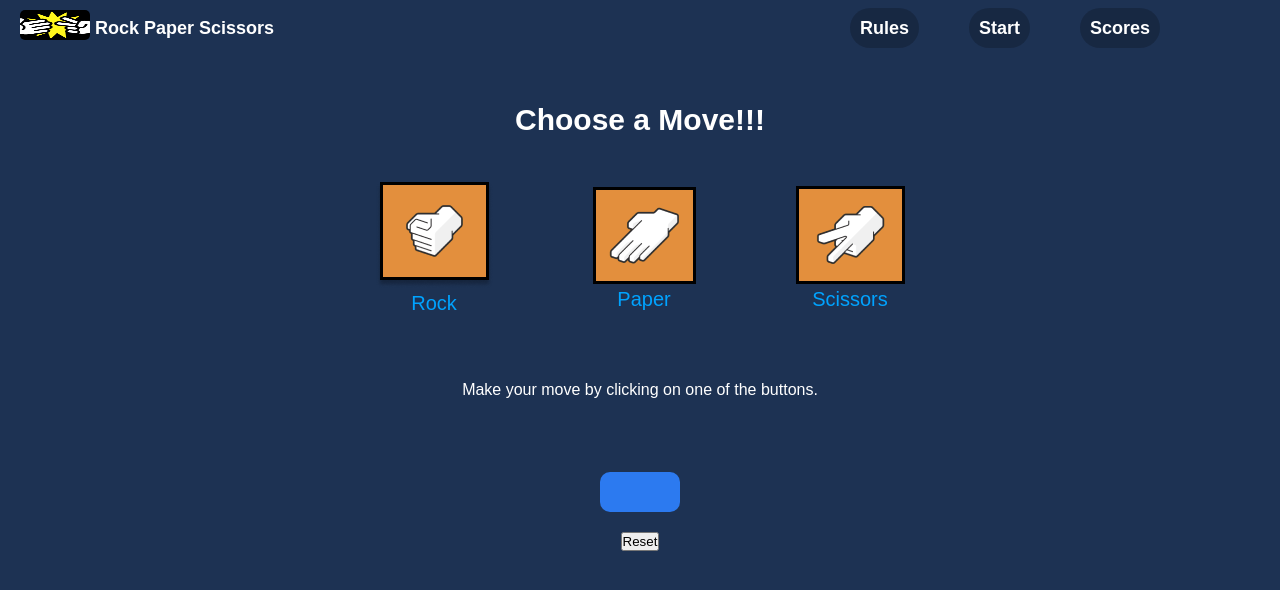
Repository: MikkyPrestige/rock-paper-scissors
Page: game.html
An editor plug-in stored every save of this project. The page is shown before and after the next save, followed by the edit.
The browser window is 1280 px wide. The pictures show the whole page.

Above is the page before, as saved 2023-05-13 03:04:42.

### game.html
<!DOCTYPE html>
<html lang="en">

<head>
  <meta charset="UTF-8">
  <meta http-equiv="X-UA-Compatible" content="IE=edge">
  <meta name="viewport" content="width=device-width, initial-scale=1.0">
  <title>Rock, Paper, Scissors</title>
  <link rel="stylesheet" href="./index.css">
  <script src="./script.js" defer></script>
</head>

<body>
  <main>
    <header>
      <figure class="headerLogo">
        <a href="/">
          <img src="./img/logo.png" alt="Logo" class="logo">
        </a>
        <figcaption class="logoCaption">Rock Paper Scissors</figcaption>
      </figure>
      <nav>
        <ul>
          <li><a href="#rule">Rules</a></li>
          <li><a href="./game.html">Start</a></li>
          <li><a href="#">Scores</a></li>
        </ul>
      </nav>
    </header>
    <section class="game">
      <h1 class="game--title">Choose a Move!!!</h1>
      <figure class="game--images">
        <div class="game--img">
          <img src="./img/rock.png" alt="Rock image" id="rock">
          <figcaption class="game--caption">Rock</figcaption>
        </div>
        <div class="game--img">
          <img src="./img/paper.png" alt="paper image" id="paper">
          <figcaption class="game--caption">Paper</figcaption>
        </div>
        <div class="game--img">
          <img src="./img/scissors.png" alt="scissors image" id="scissors">
          <figcaption class="game--caption">Scissors</figcaption>
        </div>
      </figure>
      <div id="result"></div>
      <div id="winner"></div>
      <div class="game--results">
        <p>Make your move by clicking on one of the buttons.</p>
      </div>
      <button class="rule--btn">
        <button>Reset</button>
      </button>
    </section>
  </main>
</body>

</html>

### index.css
*,
*::after,
*::before {
  box-sizing: border-box;
  margin: 0;
  padding: 0;
}

html {
  font-size: 62.5%;
}

body {
  font-family: "Fira Sans", sans-serif;
  font-size: 1.6rem;
  line-height: 1.5;
  background: rgba(29, 50, 83, 1);
  color: rgba(255, 255, 255, 1);
  width: 100%;
  height: 100%;
}

main {
  display: flex;
  flex-direction: column;
  justify-content: center;
  align-items: center;
  gap: 2rem;
  height: 100%;
  width: 100%;
}

header {
  display: flex;
  justify-content: space-between;
  align-items: center;
  padding: 1rem 2rem;
  width: 100%;
  height: auto;
}

.headerLogo {
  display: flex;
  align-items: center;
  gap: .5rem;
  height: auto;
}

.logo {
  width: 7rem;
  height: 3rem;
  border-radius: .5rem;
  -webkit-border-radius: .5rem;
  -moz-border-radius: .5rem;
  -ms-border-radius: .5rem;
  -o-border-radius: .5rem;
}

.logoCaption {
  font-size: 1.8rem;
  font-weight: 600;
  color: rgba(255, 255, 255, 1);
}

nav {
  height: auto;
  margin-right: 10rem;
}

ul {
  display: flex;
  justify-content: center;
  align-items: center;
  gap: 5rem;
  list-style: none;
}

li a {
  font-size: 1.8rem;
  font-weight: 600;
  color: rgba(255, 255, 255, 1);
  background: linear-gradient(0deg, rgba(0, 0, 0, 0.2), rgba(0, 0, 0, 0.2)), #1D3253;
  text-decoration: none;
  padding: 1rem;
  border-radius: 2rem;
}

li a:hover {
  background: rgba(255, 255, 255, 1);
  color: rgba(29, 50, 83, 1);
  text-decoration: underline;
}

.home {
  display: flex;
  justify-content: center;
  align-items: center;
  width: 100%;
  height: 70vh;
}

.images {
  position: relative;
  height: 100%;
  flex-basis: 30%;
}

.img {
  background: rgba(253, 253, 253, 0.9);
  border-radius: 50%;
  -webkit-border-radius: 50%;
  -moz-border-radius: 50%;
  -ms-border-radius: 50%;
  -o-border-radius: 50%;
  width: 15rem;
  height: 15rem;
}

.rock {
  position: absolute;
  top: 5rem;
  left: 0rem;
}

.paper {
  position: absolute;
  top: 5rem;
  right: 5rem;
}

.scissors {
  position: absolute;
  bottom: 5rem;
  left: 8rem;
}

.content {
  display: flex;
  flex-direction: column;
  justify-content: center;
  align-items: center;
  gap: 2rem;
}

.content--title {
  font-size: 3.6rem;
  font-weight: 600;
  width: 70%;
  text-transform: uppercase;
}

.content-rock {
  color: rgba(195, 183, 183, 1);
}

.content-scissors {
  color: rgba(233, 35, 35, 1);
}

.content--text {
  font-size: 2.5rem;
  font-weight: 400;
  width: 70%;
}

.fun {
  color: rgba(233, 35, 35, 1);
}

.btn {
  width: 13rem;
  height: 5rem;
  background: #2C7AF0;
  border-radius: 1rem;
  -webkit-border-radius: 1rem;
  -moz-border-radius: 1rem;
  -ms-border-radius: 1rem;
  -o-border-radius: 1rem;
  border: none;
  margin-top: 5rem;
  transition: all .3s ease-in-out;
  -webkit-transition: all .3s ease-in-out;
  -moz-transition: all .3s ease-in-out;
  -ms-transition: all .3s ease-in-out;
  -o-transition: all .3s ease-in-out;
}

.btn a {
  text-decoration: none;
  font-size: 2rem;
  color: rgba(255, 255, 255, 1);
  cursor: pointer;
}

.btn a:hover {
  color: rgba(44, 122, 240, 1);
}

.btn:hover {
  background: rgba(255, 255, 255, .7);
}

.rule {
  width: 100%;
  height: 100%;
  background: #D0CEC9;
}

.rule--container {
  display: flex;
  flex-direction: column;
  justify-content: center;
  align-items: center;
  gap: 1rem;
  margin: 2rem;
}

.rule--title {
  font-size: 3rem;
  font-weight: 600;
  color: #000;
}

.rule--content {
  display: flex;
  justify-content: space-around;
  align-items: center;
}

.rule--img {
  width: 35rem;
  height: 35rem;
}

.rule--para {
  background: #C4C4C4;
  width: 50%;
  text-align: center;
  padding: 2rem 5rem;
  border-radius: 3rem;
  -webkit-border-radius: 3rem;
  -moz-border-radius: 3rem;
  -ms-border-radius: 3rem;
  -o-border-radius: 3rem;
  display: flex;
  flex-direction: column;
  justify-content: center;
  align-items: center;
  gap: 1rem;
}

.rule--text {
  color: rgba(0, 163, 255, 1);
}

.game {
  display: flex;
  flex-direction: column;
  justify-content: center;
  align-items: center;
  gap: 2rem;
  width: 100%;
  height: 100%;
}

.game--title {
  font-size: 3rem;
  font-weight: 600;
  margin: 2rem;
}

.game--images {
  display: flex;
  justify-content: center;
  align-items: center;
  gap: 10rem;
  width: 100%;
}

.game--img {
  display: flex;
  flex-direction: column;
  justify-content: center;
  align-items: center;
  cursor: pointer;
}

.game--caption {
  font-size: 2rem;
  color: rgba(0, 163, 255, 1);
}

.rule--btn {
  width: 8rem;
  height: 4rem;
  background: #2C7AF0;
  border-radius: 1rem;
  -webkit-border-radius: 1rem;
  -moz-border-radius: 1rem;
  -ms-border-radius: 1rem;
  -o-border-radius: 1rem;
  border: none;
  margin-top: 5rem;
  transition: all .3s ease-in-out;
  -webkit-transition: all .3s ease-in-out;
  -moz-transition: all .3s ease-in-out;
  -ms-transition: all .3s ease-in-out;
  -o-transition: all .3s ease-in-out;
}

.rule--btn a {
  text-decoration: none;
  font-size: 2rem;
  color: rgba(255, 255, 255, 1);
  cursor: pointer;
  text-transform: uppercase;
}

.rule--btn a:hover {
  color: rgba(44, 122, 240, 1);
}

.rule--btn:hover {
  background: rgba(255, 255, 255, .7);
}

footer {
  margin: 1rem auto;
}

.footer--text {
  font-family: "Inter";
}

.footer--link {
  color: rgba(44, 122, 240, 1);
  text-decoration: none;
}

### script.js
 // get DOM elements for buttons and result display
 const rockBtn = document.getElementById('rock');
 const paperBtn = document.getElementById('paper');
 const scissorsBtn = document.getElementById('scissors');
 const resultDisplay = document.getElementById('result');
 const winner = document.getElementById('winner');

// Get a random selection for the computer
const computerPlay = () => {
  const words = ["rock", "paper", "scissors"];
  const random = Math.floor(Math.random() * words.length);
  return words[random];
};

function playGame() {
  let playerScore = 0;
  let computerScore = 0;

  // add event listeners to buttons
  rockBtn.addEventListener('click', () => playRound('rock'));
  paperBtn.addEventListener('click', () => playRound('paper'));
  scissorsBtn.addEventListener('click', () => playRound('scissors'));

  function playRound(playerSelection) {
    const computerSelection = computerPlay();
    let roundResult;

    if (playerSelection === computerSelection) {
      roundResult = "It's a tie!";
    } else if ((playerSelection === 'rock' && computerSelection === 'scissors') ||
               (playerSelection === 'paper' && computerSelection === 'rock') ||
               (playerSelection === 'scissors' && computerSelection === 'paper')) {
      playerScore++;
      roundResult = `You win! ${playerSelection} beats ${computerSelection}.`;
    } else {
      computerScore++;
      roundResult = `You lose! ${computerSelection} beats ${playerSelection}.`;
    }

    // update result display
    resultDisplay.textContent = roundResult;

    // check for end of game
    if (playerScore === 5) {
      resultDisplay.textContent = `You win the game! Final score: ${playerScore} - ${computerScore}`;
      resetGame();
    } else if (computerScore === 5) {
      resultDisplay.textContent = `You lose the game! Final score: ${playerScore} - ${computerScore}`;
      resetGame();
    }
  }

  function resetGame() {
    // remove event listeners from buttons
    rockBtn.removeEventListener('click', () => playRound('rock'));
    paperBtn.removeEventListener('click', () => playRound('paper'));
    scissorsBtn.removeEventListener('click', () => playRound('scissors'));
  }
}

// call playGame function when DOM is loaded
window.addEventListener('DOMContentLoaded', playGame);


// // Create a function to reset the game
// const resetButton = document.getElementById("reset-btn");
// resetButton.addEventListener("click", function() {
//   const finalResult = document.getElementById("final-result");
//   finalResult.textContent = "";
//   result.textContent = "";
// }
// );

// // Create a function to quit the game
// const quitButton = document.getElementById("quit-btn");
// quitButton.addEventListener("click", function() {
//   const finalResult = document.getElementById("final-result");
//   finalResult.textContent = "Thanks for playing!";
//   result.textContent = "";
//   playerScore = 0;
//   computerScore = 0;
// }
// );

// // Create a function to play again
// const playAgainButton = document.getElementById("play-again-btn");
// playAgainButton.addEventListener("click", function() {
//   const finalResult = document.getElementById("final-result");
//   finalResult.textContent = "";
//   result.textContent = "";
//   playerScore = 0;
//   computerScore = 0;
// }
// );

// // Create a function to display the rules
// const rulesButton = document.getElementById("rules-btn");
// rulesButton.addEventListener("click", function() {
//   const rules = document.getElementById("rules");
//   rules.textContent = "Rock beats scissors, scissors beats paper, and paper beats rock.";
// }
// );

// // Create a function to hide the rules
// const hideRulesButton = document.getElementById("hide-rules-btn");
// hideRulesButton.addEventListener("click", function() {
//   const rules = document.getElementById("rules");
//   rules.textContent = "";
// }
// );

// // Create a function to display the scores
// const scoresButton = document.getElementById("scores-btn");
// scoresButton.addEventListener("click", function() {
//   const scores = document.getElementById("scores");
//   scores.textContent = `Player: ${playerScore} | Computer: ${computerScore}`;
// }
// );

// // Create a function to hide the scores
// const hideScoresButton = document.getElementById("hide-scores-btn");
// hideScoresButton.addEventListener("click", function() {
//   const scores = document.getElementById("scores");
//   scores.textContent = "";
// }
// );

// // Create a function to display the final result
// const finalResultButton = document.getElementById("final-result-btn");
// finalResultButton.addEventListener("click", function() {
//   const finalResult = document.getElementById("final-result");
//   finalResult.textContent = playerScore > computerScore
//     ? "You win!"
//     : "You lose!";
// }
// );

// // Create a function to hide the final result
// const hideFinalResultButton = document.getElementById("hide-final-result-btn");
// hideFinalResultButton.addEventListener("click", function() {
//   const finalResult = document.getElementById("final-result");
//   finalResult.textContent = "";
// }
// );

// // Create a function to display the result
// const resultButton = document.getElementById("result-btn");
// resultButton.addEventListener("click", function() {
//   const result = document.getElementById("result");
//   result.textContent = "Click one of the buttons below to play.";
// }
// );

// // Create a function to hide the result
// const hideResultButton = document.getElementById("hide-result-btn");
// hideResultButton.addEventListener("click", function() {
//   const result = document.getElementById("result");
//   result.textContent = "";
// }
// );

After the next save:
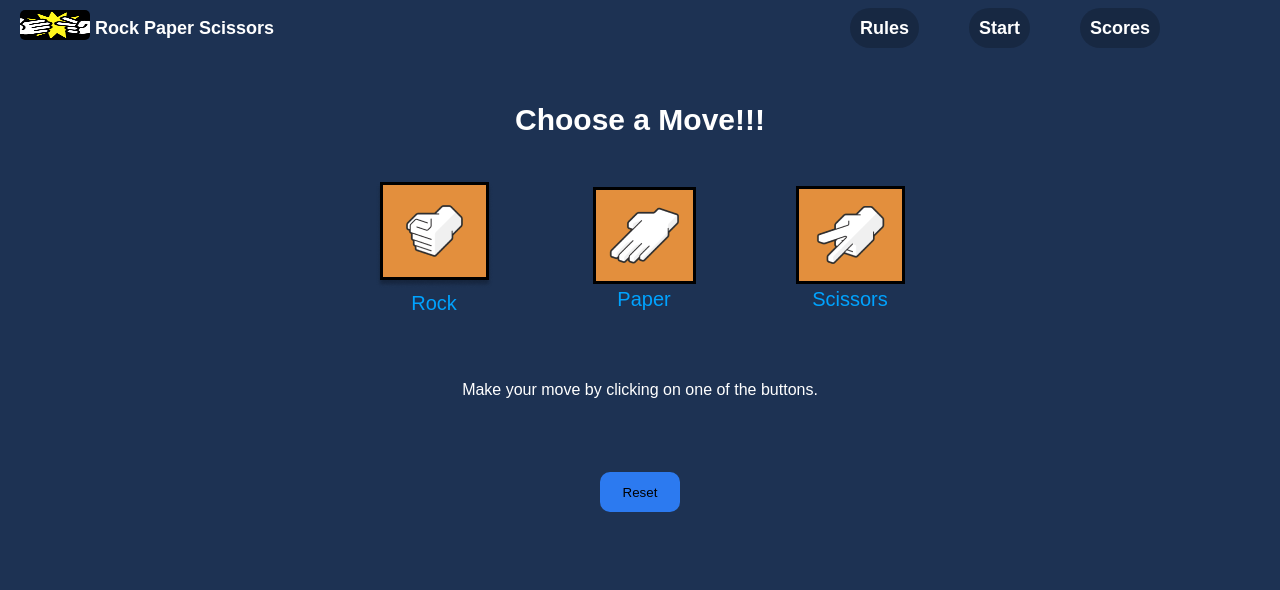
Saved 26 s later.
--- a/game.html
+++ b/game.html
@@ -48,9 +48,7 @@
       <div class="game--results">
         <p>Make your move by clicking on one of the buttons.</p>
       </div>
-      <button class="rule--btn">
-        <button>Reset</button>
-      </button>
+      <button class="rule--btn">Reset</button>
     </section>
   </main>
 </body>
